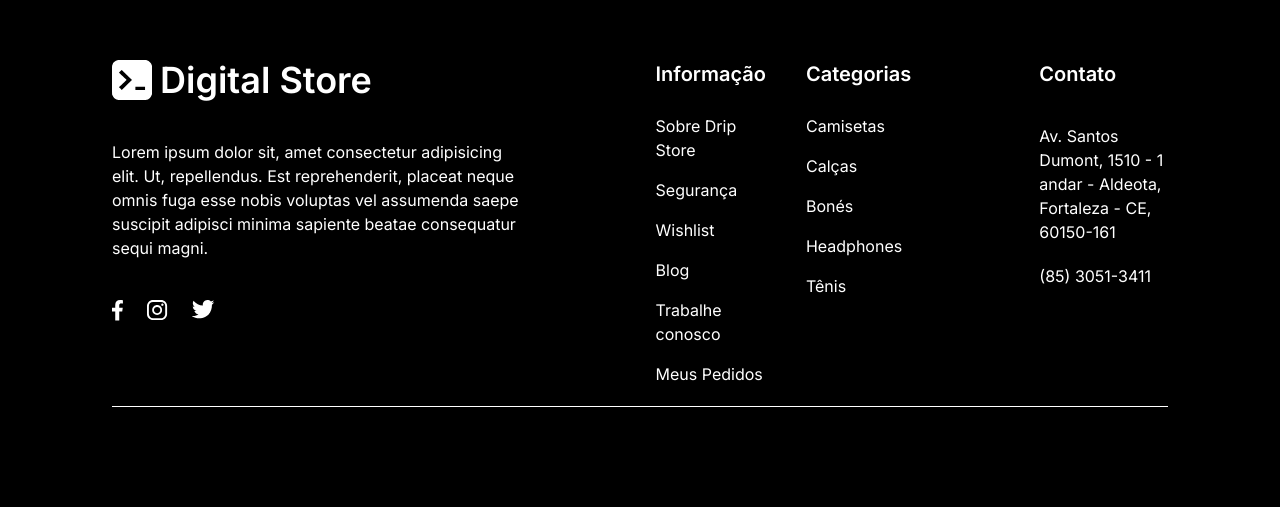
Repository: geracao-09/digital-store
Page: index.html
An editor plug-in stored every save of this project. The page is shown before and after the next save, followed by the edit.
The browser window is 1280 px wide. The pictures show the part of the page from y = 3410 to 3997 px (the page is 3917 px tall before and 3997 px after).
A picture or video elsewhere on the page could not be fetched, so the positions and the page height are approximate.

Above is the page before, as saved 2025-04-25 09:02:41.

### index.html
<!DOCTYPE html>
<html lang="pt-br">
<head>
    <meta charset="UTF-8">
    <meta name="viewport" content="width=device-width, initial-scale=1.0">
    <title>Digital Store</title>
    <link href="./style.css" rel="stylesheet">
    <script src="https://cdn.jsdelivr.net/npm/@tailwindcss/browser@4"></script>
    <link rel="shortcut icon" href="/assets/digital-logo.svg" type="image/x-icon">
</head>
<body>
<header class="flex flex-col gap-12 px-[108px] py-[38px]">
    <div class="flex items-center justify-between">
        <div class="flex gap-1">
            <img src="/assets/digital-logo.svg" alt="Logo da Digital Store">
            <h1 class="text-4xl text-(--primary-color) font-semibold">Digital Store</h1>
        </div>
        <input type="text" placeholder="Pesquisar produto..." class="bg-(--light-gray-3) py-2 px-3 rounded-lg ml-40 mr-14 bg-[url(/assets/icons/search.svg)] bg-no-repeat bg-right focus:placeholder-transparent w-[560px]" />
        <div>
            <a href="#" class="bg-(--primary-color) text-white rounded-lg px-7 py-3 font-bold text-sm">
                Entrar
            </a>
        </div>
        <div class="relative">
            <img src="/assets/icons/cart.svg" alt="Imagem de um carrinho de compras">
            <div class="flex justify-center items-center absolute bg-(--tertiary-color) text-white font-bold text-xs rounded-full w-[18px] h-[18px] bottom-[15px] left-3">
                2
            </div>
        </div>
    </div>
    </div>
    <nav class="pl-32">
        <ul class="flex gap-6 text-(--dark-gray-2)">
            <li class="hover:text-(--primary-color) hover:font-bold">
                <a href="#">
                Home
            </a>
        </li>
            <li class="hover:text-(--primary-color) hover:font-bold">
                <a href="#">
                Produtos
            </a>
        </li>
            <li class="hover:text-(--primary-color) hover:font-bold">
                <a href="#">
                Categorias
            </a>
        </li>
            <li class="hover:text-(--primary-color) hover:font-bold">
                <a href="#">
                Meus Pedidos
            </a>
        </li>
        </ul>
    </nav>
</header>
<main>
    <section class="flex px-[108px] bg-(--light-gray-3) py-[78px] h-[680px] relative">
        <div class="flex flex-col gap-5 w-[466px]">
            <p class="text-(--warning-color) font-bold">
                Melhores ofertas personalizadas
            </p>
            <h2 class="font-extrabold text-6xl">
                Queima de estoque Nike 🔥
            </h2>
            <p class="text-(--dark-gray-2) text-lg">
                Consequat culpa exercitation mollit nisi excepteur do do tempor laboris eiusmod irure consectetur.
            </p>
            <a href="#" class="flex items-center justify-center bg-(--primary-color) text-(--light-gray-3) font-bold w-[220px] h-[48px] rounded-lg">
                Ver Ofertas
            </a>
        </div>
        <img src="/assets/pictures/white-sneakers.svg" alt="Foto de um tenis branco" class="absolute right-28 bottom-8"/>
        <img src="/assets/ornaments/ornament.svg" alt="Firula do site - by wendell" class="absolute top-12 right-8">
    </section>
    <section class="flex flex-col gap-15 px-[108px] py-[42px]">
        <div class="flex flex-col gap-10">
            <h4 class="text-(--dark-gray-2) font-bold text-2xl">
                Coleções em destaque
            </h4>
            <ul class="grid grid-cols-3 gap-3.5 h-68">
                <li  class="flex bg-[#D8E3F2] pl-8 pt-8 rounded-md relative bg-[url(/assets/pictures/star-wars-shirt-pic.svg)] bg-no-repeat bg-bottom-right">
                    <div class="w-1/2 z-10">
                    <p class="bg-[#E7FF86] rounded-4xl font-bold text-(--dark-gray-2) w-[96px] text-center py-1.5 text-sm">
                        30% OFF
                    </p>
                    <h5 class="font-bold text-(--dark-gray) text-4xl mt-2.5 mb-8">
                        Novo drop Supreme
                    </h5>
                    <a href="#" class="text-(--primary-color) bg-white rounded-xl font-bold px-12 py-4.5">
                        Comprar
                    </a>
                </div>
                </li>
                <li  class="flex bg-[#D8E3F2] pl-8 pt-8 rounded-md relative bg-[url(/assets/pictures/sneaks-pic.svg)] bg-no-repeat bg-bottom-right">
                    <div class="w-1/2 z-10">
                    <p class="bg-[#E7FF86] rounded-4xl font-bold text-(--dark-gray-2) w-[96px] text-center py-1.5 text-sm">
                        30% OFF
                    </p>
                    <h5 class="font-bold text-(--dark-gray) text-4xl mt-2.5 mb-8">
                        Coleção Adidas
                    </h5>
                    <a href="#" class="text-(--primary-color) bg-white rounded-xl font-bold px-12 py-4.5">
                        Comprar
                    </a>
                </div>
                </li>
                <li  class="flex bg-[#D8E3F2] pl-8 pt-8 rounded-md relative bg-[url(/assets/pictures/headphone-pic.svg)] bg-no-repeat bg-bottom-right">
                    <div class="w-1/2 z-10">
                    <p class="bg-[#E7FF86] rounded-4xl font-bold text-(--dark-gray-2) w-[96px] text-center py-1.5 text-sm">
                        30% OFF
                    </p>
                    <h5 class="font-bold text-(--dark-gray) text-4xl mt-2.5 mb-8">
                        Novo<br> Beats Bass
                    </h5>
                    <a href="#" class="text-(--primary-color) bg-white rounded-xl font-bold px-12 py-4.5">
                        Comprar
                    </a>
                </div>
                </li>
            </ul>
        </div>
        <div class="bg-[url(/assets/icons/house-border.svg)] bg-no-repeat bg-center object-contain flex flex-col items-center gap-5 pt-5.5 h-[318px]">
            <h1 class="font-bold text-2xl text-(--dark-gray-2)">
                Coleções em destaque
            </h1>
            <ul class="flex gap-8">
                <li><a href="#">
                    <div class="bg-[url(/assets/icons/t-shirt.svg)] w-[104px] h-[104px] bg-white bg-no-repeat bg-center rounded-full"></div>
                    <p class="font-bold text-sm text-(--dark-gray-2) text-center">Camisetas</p>
                </a></li>
                <li><a href="#">
                    <div class="bg-[url(/assets/icons/pants.svg)] w-[104px] h-[104px] bg-white bg-no-repeat bg-center rounded-full"></div>
                    <p class="font-bold text-sm text-(--dark-gray-2) text-center">Calças</p>
                </a></li>
                <li><a href="#">
                    <div class="bg-[url(/assets/icons/cap.svg)] w-[104px] h-[104px] bg-white bg-no-repeat bg-center rounded-full"></div>
                    <p class="font-bold text-sm text-(--dark-gray-2) text-center">Bonés</p>
                </a></li>
                <li><a href="#">
                    <div class="bg-[url(/assets/icons/headphones.svg)] w-[104px] h-[104px] bg-white bg-no-repeat bg-center rounded-full"></div>
                    <p class="font-bold text-sm text-(--dark-gray-2) text-center">Headphones</p>
                </a></li>
                <li><a href="#">
                    <div class="bg-[url(/assets/icons/sneakers.svg)] w-[104px] h-[104px] bg-white bg-no-repeat bg-center rounded-full"></div>
                    <p class="font-bold text-sm text-(--dark-gray-2) text-center">Tênis</p>
                </a></li>
            </ul>
        </div>
    </section>
    <section class="px-[108px]">
        <div class="flex justify-between mb-5">
            <h4 class="text-(--dark-gray-2) font-bold text-2xl">
                Produtos em  alta
            </h4>
            <div class="flex gap-2 items-center">
                <a href="#" class="text-(--primary-color) text-[18px]">
                    Ver todos
                </a>
                <img src="/assets/ornaments/arrow-right.svg" alt="Flecha apontando pra direita" class="w-[24px]">
            </div>
        </div>
        <ul class="grid grid-cols-4">
            <li class="mb-5">
            <div class="bg-[url(/assets/pictures/sneaks-pic2.svg)] w-[292px] h-[320px] bg-white bg-no-repeat bg-center relative">
                <div class="flex justify-center items-center bg-[#E7FF86] font-bold text-sm h-[32px] w-[96px] rounded-4xl absolute left-5 top-5">50% off</div>
            </div>
                <div>
                    <p class="text-xs text-(--light-gray) font-bold">
                        Tênis
                    </p>
                    <h5 class="text-2xl text-(--dark-gray-2)">
                        K-Swiss V8 - Masculino
                    </h5>
                    <div class="flex gap-2">
                    <h5 class="text-(--light-gray) line-through text-2xl">
                        $200
                    </h5>
                    <h5 class="font-bold text-2xl">
                        $100
                    </h5>
                </div>
            </div>
            </li>
            <li class="mb-5">
            <div class="bg-[url(/assets/pictures/sneaks-pic2.svg)] w-[292px] h-[320px] bg-white bg-no-repeat bg-center relative">
                <div class="flex justify-center items-center bg-[#E7FF86] font-bold text-sm h-[32px] w-[96px] rounded-4xl absolute left-5 top-5">50% off</div>
            </div>
                <div>
                    <p class="text-xs text-(--light-gray) font-bold">
                        Tênis
                    </p>
                    <h5 class="text-2xl text-(--dark-gray-2)">
                        K-Swiss V8 - Masculino
                    </h5>
                    <div class="flex gap-2">
                    <h5 class="text-(--light-gray) line-through text-2xl">
                        $200
                    </h5>
                    <h5 class="font-bold text-2xl">
                        $100
                    </h5>
                </div>
            </div>
            </li>
            <li class="mb-5">
            <div class="bg-[url(/assets/pictures/sneaks-pic2.svg)] w-[292px] h-[320px] bg-white bg-no-repeat bg-center relative">
            </div>
                <div>
                    <p class="text-xs text-(--light-gray) font-bold">
                        Tênis
                    </p>
                    <h5 class="text-2xl text-(--dark-gray-2)">
                        K-Swiss V8 - Masculino
                    </h5>
                    <h5 class="font-bold text-2xl">
                        $100
                    </h5>
            </div>
            </li>
            <li class="mb-5">
            <div class="bg-[url(/assets/pictures/sneaks-pic2.svg)] w-[292px] h-[320px] bg-white bg-no-repeat bg-center relative">
            </div>
                <div>
                    <p class="text-xs text-(--light-gray) font-bold">
                        Tênis
                    </p>
                    <h5 class="text-2xl text-(--dark-gray-2)">
                        K-Swiss V8 - Masculino
                    </h5>
                    <h5 class="font-bold text-2xl">
                        $100
                    </h5>
            </div>
            </li>
            <li class="mb-5">
            <div class="bg-[url(/assets/pictures/sneaks-pic2.svg)] w-[292px] h-[320px] bg-white bg-no-repeat bg-center relative">
            </div>
                <div>
                    <p class="text-xs text-(--light-gray) font-bold">
                        Tênis
                    </p>
                    <h5 class="text-2xl text-(--dark-gray-2)">
                        K-Swiss V8 - Masculino
                    </h5>
                    <h5 class="font-bold text-2xl">
                        $100
                    </h5>
            </div>
            </li>
            <li class="mb-5">
            <div class="bg-[url(/assets/pictures/sneaks-pic2.svg)] w-[292px] h-[320px] bg-white bg-no-repeat bg-center relative">
            </div>
                <div>
                    <p class="text-xs text-(--light-gray) font-bold">
                        Tênis
                    </p>
                    <h5 class="text-2xl text-(--dark-gray-2)">
                        K-Swiss V8 - Masculino
                    </h5>
                    <h5 class="font-bold text-2xl">
                        $100
                    </h5>
            </div>
            </li>
            <li class="mb-5">
            <div class="bg-[url(/assets/pictures/sneaks-pic2.svg)] w-[292px] h-[320px] bg-white bg-no-repeat bg-center relative">
            </div>
                <div>
                    <p class="text-xs text-(--light-gray) font-bold">
                        Tênis
                    </p>
                    <h5 class="text-2xl text-(--dark-gray-2)">
                        K-Swiss V8 - Masculino
                    </h5>
                    <h5 class="font-bold text-2xl">
                        $100
                    </h5>
            </div>
            </li>
            <li class="mb-5">
            <div class="bg-[url(/assets/pictures/sneaks-pic2.svg)] w-[292px] h-[320px] bg-white bg-no-repeat bg-center relative">
            </div>
                <div>
                    <p class="text-xs text-(--light-gray) font-bold">
                        Tênis
                    </p>
                    <h5 class="text-2xl text-(--dark-gray-2)">
                        K-Swiss V8 - Masculino
                    </h5>
                    <h5 class="font-bold text-2xl">
                        $100
                    </h5>
            </div>
            </li>

        </ul>
    </section>
    <section class="flex justify-center items-center bg-white py-20 px-18 gap-28">
        <div>
            <div class="w-[456px] h-[456px] bg-linear-(--secondary-gradient) rounded-full  relative">
                <img src="/assets/pictures/ei-jordao.svg" alt="" class="w-[574px] absolute top-[12%] right-[12%] scale-135">
            </div>
        </div>
        <div class="flex flex-col gap-4 w-[40%]">
            <p class="text-sm text-(--primary-color) font-bold">
                Oferta especial
            </p>
            <h2 class="font-bold text-(--dark-gray-2) text-5xl">
                Air Jordan edição de colecionador
            </h2>
            <p class="text-(--dark-gray-2)">
                Lorem ipsum dolor sit amet, consectetur adipiscing elit, sed do eiusmod tempor incididunt ut labore et dolore magna aliqua. Ut enim ad minim veniam, quis nostrud exercitation ullamco laboris nisi ut aliquip
            </p>
            <a href="#" class="flex items-center justify-center bg-(--primary-color) text-(--light-gray-3) font-bold w-[220px] h-[48px] rounded-lg mt-6">
                Ver Ofertas
            </a>
        </div>
    </section>
</main>
<footer class="bg-black text-white py-20 px-28 flex flex-col gap-5">
    <div class="flex gap-32">
        <div  class="flex flex-col gap-10">
            <div class="flex gap-2">
                <img src="/assets/white-logo.svg" alt="Logo da Digital em branco">
                <h4 class="font-semibold text-4xl">Digital Store</h4>
            </div>
        <div>
            <p>Lorem ipsum dolor sit, amet consectetur adipisicing elit. Ut, repellendus. Est reprehenderit, placeat neque omnis fuga esse nobis voluptas vel assumenda saepe suscipit adipisci minima sapiente beatae consequatur sequi magni.</p>
        </div>
        <div>
            <ul class="flex gap-6">
                <li><img src="/assets/icons/facebook.svg" alt="logo da facebook"></li>
                <li><img src="/assets/icons/instagram.svg" alt="logo do instagram"></li>
                <li><img src="/assets/icons/twitter.svg" alt="logo da twitter, vulgo, X"></li>
            </ul>
        </div>
    </div>
        <div class="flex gap-10">
            <ul class="flex flex-col gap-4 list-none">
                <li class="font-semibold text-xl mb-2.5">Informação</li>
                <li><a href="#">
                    Sobre Drip Store
                </a></li>
                <li><a href="#">
                    Segurança
                </a></li>
                <li><a href="#">
                    Wishlist
                </a></li>
                <li><a href="#">
                    Blog
                </a></li>
                <li><a href="#">
                    Trabalhe conosco
                </a></li>
                <li><a href="#">
                    Meus Pedidos
                </a></li>
            </ul>
            <ul class="flex flex-col gap-4 list-none">
                <li class="font-semibold text-xl mb-2.5">Categorias</li>
                <li><a href="#">
                    Camisetas
                </a></li>
                <li><a href="#">
                    Calças
                </a></li>
                <li><a href="#">
                    Bonés
                </a></li>
                <li><a href="#">
                    Headphones
                </a></li>
                <li><a href="#">
                    Tênis
                </a></li>
            </ul>
        </div>
        <div class="flex flex-col gap-5">
            <h6 class="font-semibold text-xl mb-4">Contato</h6>
            <p>Av. Santos Dumont, 1510 - 1 andar - Aldeota, Fortaleza - CE, 60150-161</p>
            <p>(85) 3051-3411</p>
        </div>
    </div>
    <hr>
    <div>

    </div>
</footer>
</body>
</html>

### style.css
@import url('https://fonts.googleapis.com/css2?family=Inter:ital,opsz,wght@0,14..32,100..900;1,14..32,100..900&display=swap');

:root {
    --dark-gray: #1F1F1F;
    --dark-gray-2: #474747;
    --dark-gray-3: #666666;
    --light-gray: #8F8F8F;
    --light-gray-2: #CCCCCC;
    --light-gray-3: #F5F5F5;
    --white: #FFFFFF;
    --primary-color: #C92071;
    --secondary-color: #B5B6F2;
    --tertiary-color: #991956;
    --error-color: #EE4266;
    --success-color: #52CA76;
    --warning-color: #F6AA1C;
    --primary-gradient: 180deg,#C92071, #EDABCA;
    --secondary-gradient: 180deg, #B5B6F2, #EFEFFF;
}

* {
    font-family: "Inter", sans-serif;
    box-sizing: border-box;
}

main {
    background-color: #F9F8FE;
}

### assets/icons/instagram.svg
<svg width="21" height="21" viewBox="0 0 21 21" fill="none" xmlns="http://www.w3.org/2000/svg">
<path d="M15.3772 3.59082C15.0646 3.59082 14.7647 3.71504 14.5436 3.93614C14.3225 4.15725 14.1982 4.45713 14.1982 4.76982C14.1981 4.92473 14.2285 5.07815 14.2877 5.22131C14.3469 5.36447 14.4337 5.49456 14.5432 5.60415C14.6527 5.71373 14.7827 5.80066 14.9258 5.85998C15.0689 5.91929 15.2223 5.94982 15.3772 5.94982C15.6899 5.94982 15.9898 5.82561 16.2109 5.6045C16.432 5.38339 16.5562 5.08351 16.5562 4.77082C16.5564 4.61591 16.526 4.46249 16.4668 4.31933C16.4076 4.17617 16.3208 4.04608 16.2113 3.93649C16.1018 3.82691 15.9718 3.73997 15.8287 3.68066C15.6856 3.62135 15.5322 3.59082 15.3772 3.59082Z" fill="white"/>
<path d="M10.1361 5.10303C8.82331 5.10435 7.56467 5.62637 6.63631 6.55454C5.70794 7.48272 5.18567 8.74126 5.18408 10.054C5.18567 11.3669 5.70791 12.6255 6.63625 13.5539C7.56458 14.4822 8.82322 15.0044 10.1361 15.006C11.449 15.0044 12.7076 14.4822 13.6359 13.5539C14.5643 12.6255 15.0865 11.3669 15.0881 10.054C15.0865 8.74126 14.5642 7.48272 13.6359 6.55454C12.7075 5.62637 11.4489 5.10435 10.1361 5.10303ZM10.1361 13.226C9.29489 13.2252 8.48838 12.8906 7.89366 12.2957C7.29894 11.7008 6.96461 10.8942 6.96408 10.053C6.96488 9.21201 7.29933 8.40566 7.89402 7.81096C8.48871 7.21627 9.29506 6.88182 10.1361 6.88103C10.9771 6.88182 11.7835 7.21627 12.3782 7.81096C12.9728 8.40566 13.3073 9.21201 13.3081 10.053C13.3076 10.8942 12.9732 11.7008 12.3785 12.2957C11.7838 12.8906 10.9773 13.2252 10.1361 13.226Z" fill="white"/>
<path d="M14.0681 20.108H6.03607C4.43499 20.1061 2.90003 19.4693 1.7679 18.3371C0.635768 17.205 -0.00107705 15.67 -0.00292969 14.069V6.04098C-0.00134169 4.43973 0.635388 2.90451 1.76755 1.77216C2.89971 0.639813 4.43482 0.00282968 6.03607 0.000976562H14.0641C15.6651 0.0028292 17.2001 0.639674 18.3322 1.7718C19.4644 2.90394 20.1012 4.4389 20.1031 6.03998V14.068C20.1015 15.6685 19.4653 17.2031 18.334 18.3354C17.2027 19.4676 15.6686 20.1051 14.0681 20.108ZM6.03607 1.89297C4.93662 1.8943 3.88259 2.33164 3.10516 3.10907C2.32773 3.88649 1.8904 4.94053 1.88907 6.03998V14.068C1.88881 15.1685 2.32544 16.224 3.10304 17.0028C3.88064 17.7815 4.93558 18.2197 6.03607 18.221H14.0641C15.1638 18.2199 16.2182 17.7827 16.996 17.0053C17.7738 16.2279 18.2115 15.1737 18.2131 14.074V6.04597C18.2115 4.94626 17.7738 3.89208 16.996 3.11465C16.2182 2.33722 15.1638 1.90003 14.0641 1.89898L6.03607 1.89297Z" fill="white"/>
</svg>

### assets/icons/pants.svg
<svg width="64" height="64" viewBox="0 0 64 64" fill="none" xmlns="http://www.w3.org/2000/svg">
<path d="M20.3125 0.149998C19.7875 0.450001 19.7625 0.612499 19.75 2.9125V5.125L13.3625 32.25C9.41247 49.075 6.99997 59.55 7.02497 59.8375C7.04997 60.15 7.16247 60.3625 7.37497 60.525C7.69997 60.7625 18.2875 64 18.7375 64C18.875 64 19.125 63.875 19.3 63.7125C19.525 63.525 21.775 58.3875 27.075 46C31.1875 36.4125 34.575 28.525 34.6125 28.475C34.6875 28.3875 39.375 39.175 39.375 39.4125C39.375 39.4625 38.225 39.5 36.8125 39.5C34.25 39.5 34.2375 39.5 33.9375 39.8125L33.625 40.1125V45.3V50.4875L33.9125 50.8125C34.1625 51.1 34.625 51.2125 39.7875 52.25C43.6875 53.025 45.4625 53.3375 45.6625 53.2625C45.8125 53.2 48.3875 50.95 51.375 48.2625C55.8 44.2875 56.8375 43.2875 56.975 42.9125C57.1 42.5625 57.125 41.8375 57.1 40.25L57.05 38.0625L53.375 21.9375L49.7 5.8125L49.6375 3.2125L49.5625 0.599998L49.2125 0.299999L48.8625 0H34.7125C24.3 0.0125008 20.5 0.0499992 20.3125 0.149998ZM26.125 3.1875V4.25H24H21.875V3.1875V2.125H24H26.125V3.1875ZM31.5 3.1875V4.25H29.875H28.25V3.1875V2.125H29.875H31.5V3.1875ZM35.75 3.1875V4.25H34.6875H33.625V3.1875V2.125H34.6875H35.75V3.1875ZM41.1 3.2125L41.1375 4.25H39.5H37.875V3.1875V2.1125L39.475 2.15L41.0625 2.1875L41.1 3.2125ZM47.5 3.1875V4.25H45.375H43.25V3.1875V2.125H45.375H47.5V3.1875ZM26.125 7.775C26.125 9.4375 25.875 10.1375 25.025 10.9C24.3125 11.5375 23.5125 11.75 21.7875 11.75C20.4875 11.75 20.3625 11.725 20.425 11.525C20.5 11.3 21.625 6.5 21.625 6.425C21.625 6.4 22.6375 6.375 23.875 6.375H26.125V7.775ZM33.625 15.8375V25.3125L25.8625 43.4375C21.5875 53.4 18.0875 61.575 18.075 61.5875C18.0375 61.6375 9.59997 59.125 9.42497 59.0125C9.32497 58.9625 10.9625 51.8 14.575 36.4375C17.4875 24.0625 19.875 13.925 19.875 13.9C19.875 13.8875 20.625 13.875 21.55 13.875C24.225 13.875 25.3125 13.55 26.575 12.35C27.8 11.1875 28.25 9.95 28.25 7.6875V6.375H30.9375H33.625V15.8375ZM37.875 14.6625V22.95L37.225 23.4375C36.8625 23.7 36.375 24.05 36.1625 24.225L35.75 24.525V15.45V6.375H36.8125H37.875V14.6625ZM41.1375 8.125C41.225 10.0625 41.325 10.4625 42 11.4625C42.5625 12.3125 43.2375 12.9 44.1625 13.325C45.1 13.75 45.925 13.875 47.7625 13.875C49.325 13.875 49.375 13.8875 49.4375 14.15C50.875 20.25 54.875 38.425 54.875 38.875V39.5H48.325H41.775L39.075 33.2C37.5875 29.7375 36.375 26.85 36.375 26.7875C36.3875 26.7375 37.1125 26.15 37.9875 25.5C38.875 24.85 39.6875 24.1625 39.8 23.975C39.975 23.6875 40 22.6875 40 15V6.3625L40.5375 6.4L41.0625 6.4375L41.1375 8.125ZM48.275 9C48.6 10.4125 48.8625 11.6125 48.8625 11.675C48.875 11.725 48.125 11.7625 47.225 11.725C45.675 11.6875 45.5125 11.65 44.9 11.325C43.625 10.625 43.25 9.825 43.25 7.8125V6.375L45.4625 6.4L47.6875 6.4375L48.275 9ZM54.875 41.9375C54.875 42.1875 53.9125 43.1125 49.95 46.6875L45.025 51.125L40.6625 50.25C38.275 49.775 36.1875 49.35 36.0375 49.3125L35.75 49.25V45.4375V41.625H45.3125H54.875V41.9375Z" fill="#8F8F8F"/>
</svg>

Loaded but not shown: assets/icons/headphones.svg (8 lines, source omitted)

After the next save:
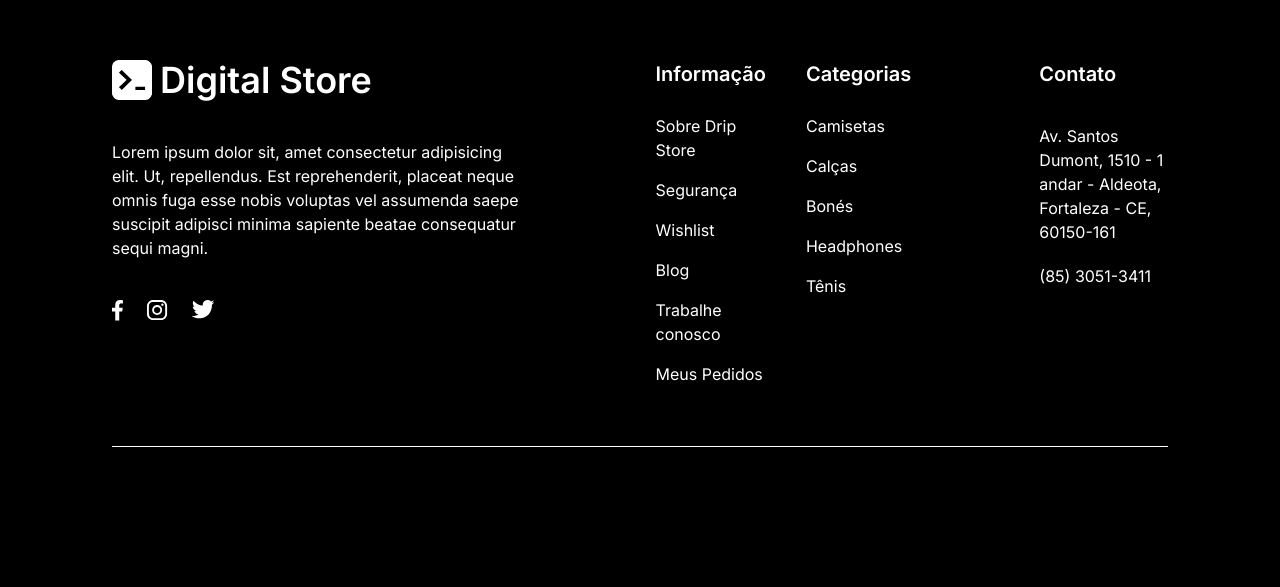
Saved 6 s later.
--- a/index.html
+++ b/index.html
@@ -318,7 +318,7 @@
         </div>
     </section>
 </main>
-<footer class="bg-black text-white py-20 px-28 flex flex-col gap-5">
+<footer class="bg-black text-white py-20 px-28 flex flex-col gap-15">
     <div class="flex gap-32">
         <div  class="flex flex-col gap-10">
             <div class="flex gap-2">
